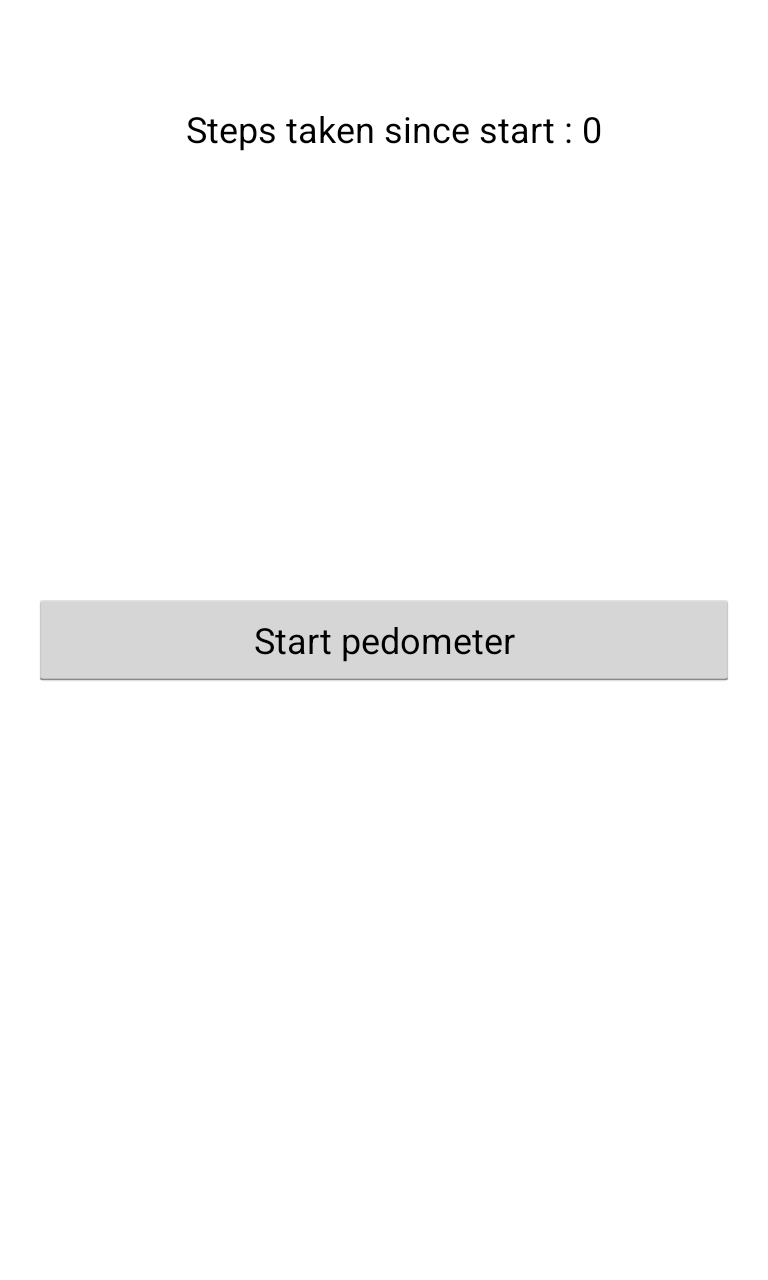
Repository: egelon/CardioAssistant
Layout: CardioAssistant/res/layout/activity_main.xml
An editor plug-in stored every save of this project. The layout is shown before and after the next save, followed by the edit.
It is drawn on a 768 x 1280 px phone screen (xhdpi) without system bars, with theme AppTheme; the app's code is not run.

Above is the layout before, as saved 2014-01-20 13:23:47.

After the next save:
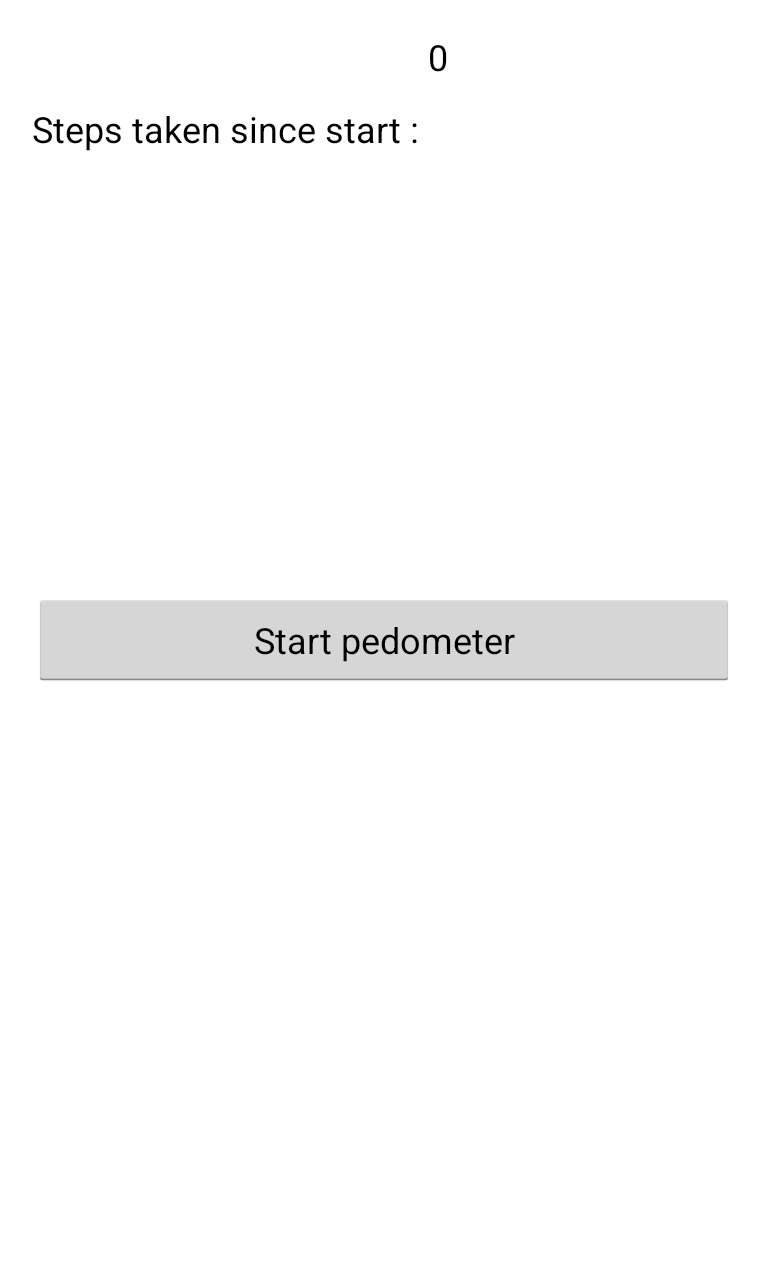
Saved 2 min 30 s later.
--- a/CardioAssistant/res/layout/activity_main.xml
+++ b/CardioAssistant/res/layout/activity_main.xml
@@ -15,25 +15,27 @@
         android:layout_alignParentRight="true"
         android:layout_centerVertical="true"
         android:text="@string/start_pedometer" />
+	<LinearLayout
+	    android:layout_width="match_parent"
+	    android:layout_height="match_parent"
+	    android:orientation="horizontal" >
 
-    <TextView
-        android:id="@+id/stepsTakenLabel"
-        android:layout_width="wrap_content"
-        android:layout_height="wrap_content"
-        android:layout_alignParentTop="true"
-        android:layout_centerHorizontal="true"
-        android:layout_marginTop="36dp"
-        android:text="@string/steps_taken_label"
-        android:textAppearance="?android:attr/textAppearanceMedium" />
+		<TextView
+		    android:id="@+id/stepsTakenLabel"
+		    android:layout_width="wrap_content"
+		    android:layout_height="wrap_content"
+		    android:layout_marginTop="36dp"
+		    android:text="@string/steps_taken_label"
+		    android:textAppearance="?android:attr/textAppearanceMedium" />
 
-    <TextView
-        android:id="@+id/stepsTakenCounterLabel"
-        android:layout_width="wrap_content"
-        android:layout_height="wrap_content"
-        android:layout_alignBaseline="@+id/stepsTakenLabel"
-        android:layout_alignBottom="@+id/stepsTakenLabel"
-        android:layout_toRightOf="@+id/stepsTakenLabel"
-        android:text="@string/steps_taken_counter"
-        android:textAppearance="?android:attr/textAppearanceMedium" />
-
+	    <TextView
+	        android:id="@+id/stepsTakenCounterLabel"
+	        android:layout_width="wrap_content"
+	        android:layout_height="wrap_content"
+	        android:layout_alignBaseline="@+id/stepsTakenLabel"
+	        android:layout_alignBottom="@+id/stepsTakenLabel"
+	        android:layout_toRightOf="@+id/stepsTakenLabel"
+	        android:text="@string/steps_taken_counter"
+	        android:textAppearance="?android:attr/textAppearanceMedium" />
+	</LinearLayout>
 </RelativeLayout>

After the save that followed:
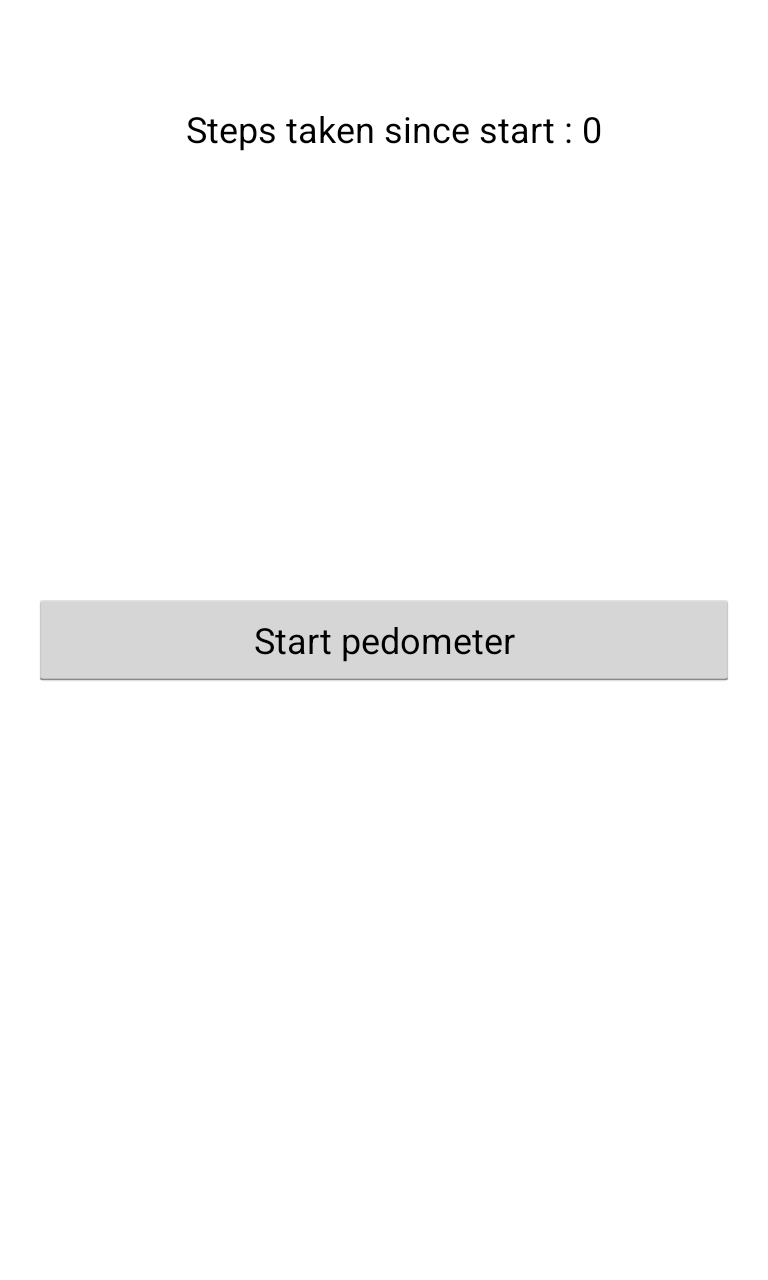
Saved 97 s later.
--- a/CardioAssistant/res/layout/activity_main.xml
+++ b/CardioAssistant/res/layout/activity_main.xml
@@ -15,27 +15,25 @@
         android:layout_alignParentRight="true"
         android:layout_centerVertical="true"
         android:text="@string/start_pedometer" />
-	<LinearLayout
-	    android:layout_width="match_parent"
-	    android:layout_height="match_parent"
-	    android:orientation="horizontal" >
 
-		<TextView
-		    android:id="@+id/stepsTakenLabel"
-		    android:layout_width="wrap_content"
-		    android:layout_height="wrap_content"
-		    android:layout_marginTop="36dp"
-		    android:text="@string/steps_taken_label"
-		    android:textAppearance="?android:attr/textAppearanceMedium" />
+    <TextView
+        android:id="@+id/stepsTakenLabel"
+        android:layout_width="wrap_content"
+        android:layout_height="wrap_content"
+        android:layout_alignParentTop="true"
+        android:layout_centerHorizontal="true"
+        android:layout_marginTop="36dp"
+        android:text="@string/steps_taken_label"
+        android:textAppearance="?android:attr/textAppearanceMedium" />
 
-	    <TextView
-	        android:id="@+id/stepsTakenCounterLabel"
-	        android:layout_width="wrap_content"
-	        android:layout_height="wrap_content"
-	        android:layout_alignBaseline="@+id/stepsTakenLabel"
-	        android:layout_alignBottom="@+id/stepsTakenLabel"
-	        android:layout_toRightOf="@+id/stepsTakenLabel"
-	        android:text="@string/steps_taken_counter"
-	        android:textAppearance="?android:attr/textAppearanceMedium" />
-	</LinearLayout>
+    <TextView
+        android:id="@+id/stepsTakenCounterLabel"
+        android:layout_width="wrap_content"
+        android:layout_height="wrap_content"
+        android:layout_alignBaseline="@+id/stepsTakenLabel"
+        android:layout_alignBottom="@+id/stepsTakenLabel"
+        android:layout_toRightOf="@+id/stepsTakenLabel"
+        android:text="@string/steps_taken_counter"
+        android:textAppearance="?android:attr/textAppearanceMedium" />
+
 </RelativeLayout>
